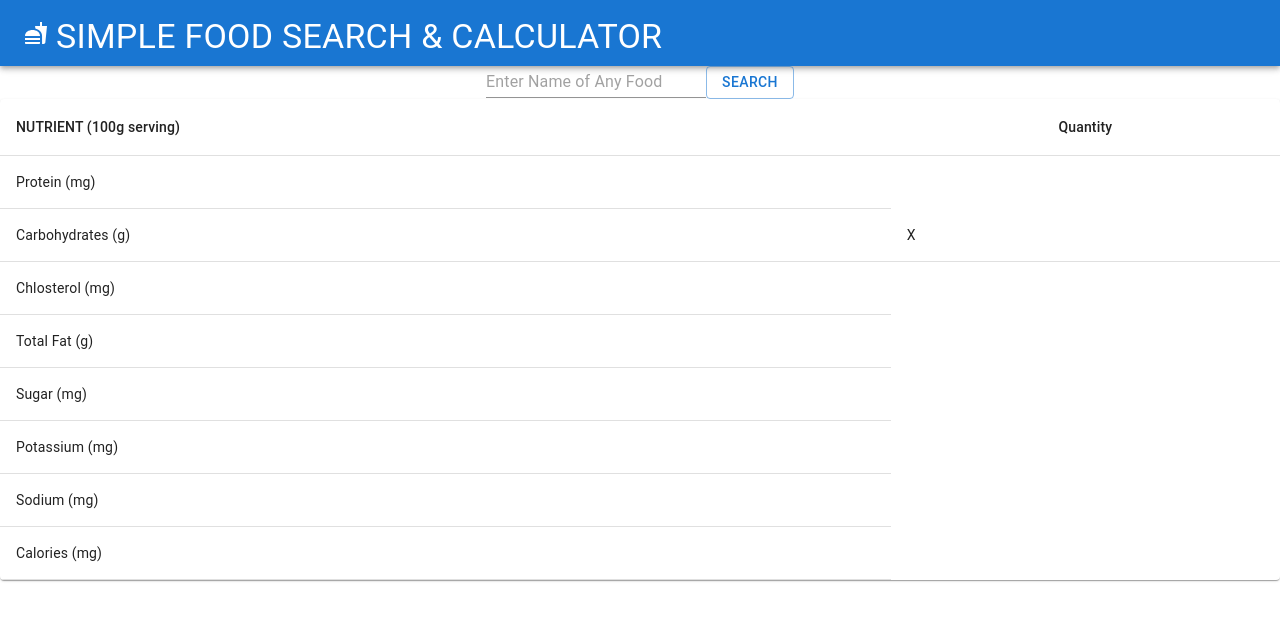
Repository: Mikerr21/Diet-Nutrition-API
Page: /
The author's editor kept a copy of each file at every save. The page is drawn from the files as they stood at one save, then again after a run of saves.
The browser window is 1280 px wide. The pictures show the whole page.
The project was rebuilt for these pictures with package versions that can differ from the ones it lists, and the page was loaded fresh each time.

Above is the page before, as saved 2022-09-21 15:46:23.

After the next 3 saves:
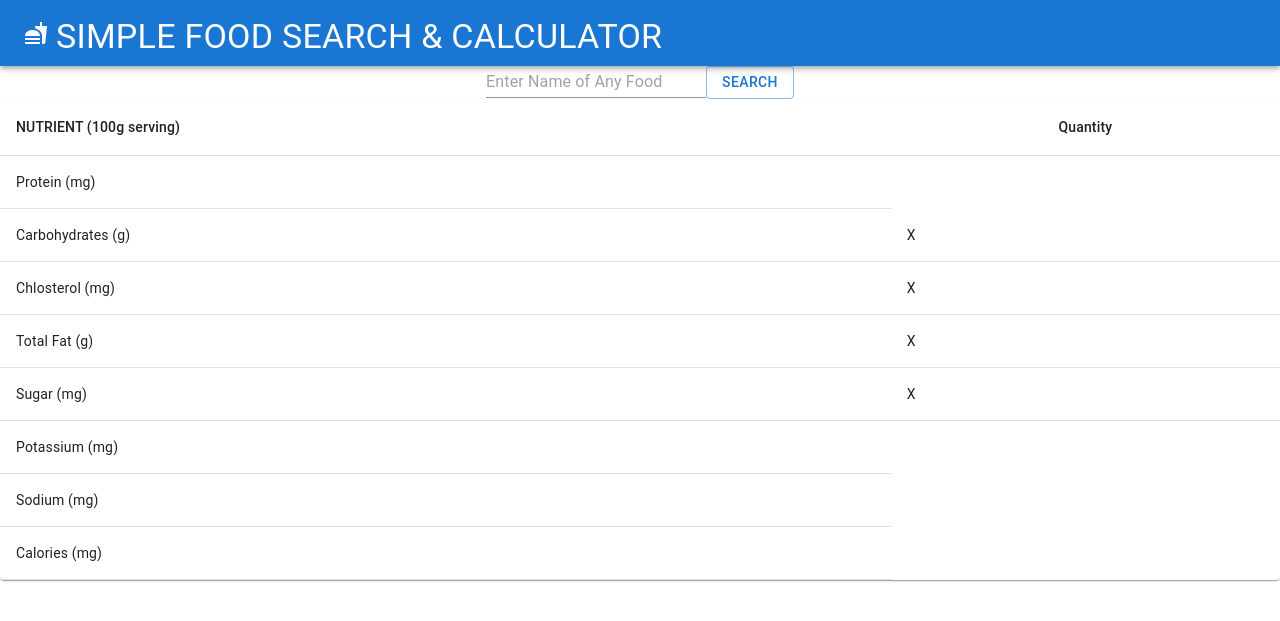
The 3 saves are shown as one change because they came seconds apart.
The last was saved 9 s later.
--- a/src/App.js
+++ b/src/App.js
@@ -120,15 +120,24 @@ function App() {
 									<TableCell>
 										Chlosterol (mg)
 									</TableCell>
+                  <TableCell>
+										X
+									</TableCell>
 								</TableRow>
                 <TableRow>
 									<TableCell>
 										Total Fat (g)
 									</TableCell>
+                  <TableCell>
+										X
+									</TableCell>
 								</TableRow>
                 <TableRow>
 									<TableCell>
 										Sugar (mg)
+									</TableCell>
+                  <TableCell>
+										X
 									</TableCell>
 								</TableRow>
                 <TableRow>
